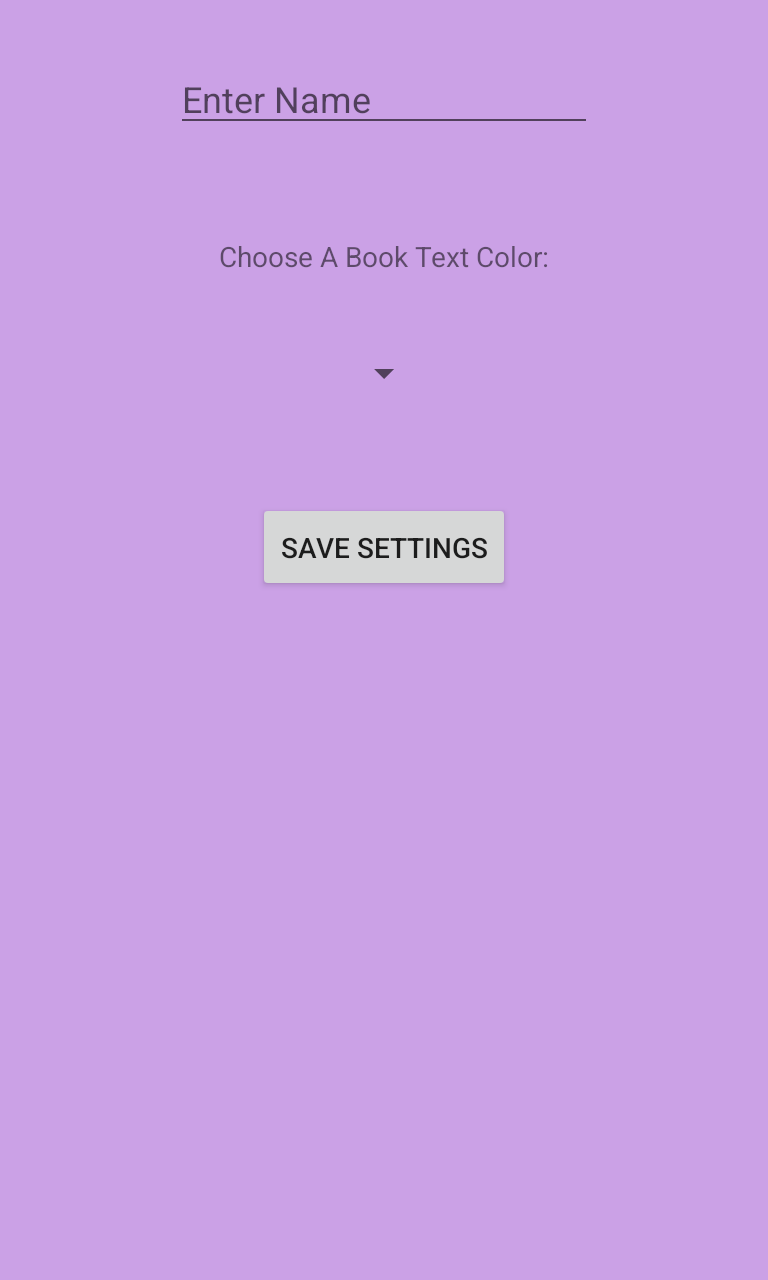
Repository: arianaantonio/MDF3_Antonio
Layout: Readable/res/layout/activity_main.xml
The author's editor kept a copy of each file at every save. The layout is drawn from the files as they stood at one save, then again after the next save.
It is drawn on a 768 x 1280 px phone screen (xhdpi) without system bars, with theme AppTheme; the app's code is not run. The app's manifest (not shown) leaves right-to-left support off. So textAlignment, textDirection and layoutDirection are ignored, and left and right values win over start and end ones.

Above is the layout before, as saved 2014-08-21 02:17:45.

### Readable/res/layout/activity_main.xml
<RelativeLayout xmlns:android="http://schemas.android.com/apk/res/android"
    xmlns:tools="http://schemas.android.com/tools"
    android:layout_width="match_parent"
    android:layout_height="match_parent"
    tools:context="${relativePackage}.${activityClass}"
    android:background="@color/lavender" >

    <Button
        android:id="@+id/button1"
        android:layout_width="wrap_content"
        android:layout_height="wrap_content"
        android:layout_below="@+id/spinner1"
        android:layout_centerHorizontal="true"
        android:layout_marginTop="51dp"
        android:text="@string/button" />

    <EditText
        android:id="@+id/editText1"
        android:layout_width="wrap_content"
        android:layout_height="wrap_content"
        android:layout_alignParentTop="true"
        android:layout_centerHorizontal="true"
        android:layout_marginTop="27dp"
        android:ems="10"
        android:hint="@string/name" />

    <TextView
        android:id="@+id/textView2"
        android:layout_width="wrap_content"
        android:layout_height="wrap_content"
        android:layout_below="@+id/editText1"
        android:layout_centerHorizontal="true"
        android:layout_marginTop="50dp"
        android:text="@string/backgroundColor" />

    <Spinner
        android:id="@+id/spinner1"
        android:layout_width="wrap_content"
        android:layout_height="wrap_content"
        android:layout_below="@+id/textView2"
        android:layout_centerHorizontal="true"
        android:layout_marginTop="37dp"
        android:gravity="center"
        android:textAlignment="center" />

</RelativeLayout>

### Readable/res/values/strings.xml
<?xml version="1.0" encoding="utf-8"?>
<resources>

    <string name="app_name">Readable</string>
    <string name="username">Enter Your Name:</string>
    <string name="nextBook">Next Book:</string>
    <color name="lavender">#cba1e6</color>
    <string name="backgroundColor">Choose A Book Text Color:</string>
    <string name="button">Save Settings</string>
    <dimen name="widget_margin">8dp</dimen>
    <string name="widget_button">Book Details On Amazon</string>
    <string name="detailactivity">Book Details</string>
    <color name="black">#000000</color>
    <string name="name">Enter Name</string>

</resources>

Loaded but not shown: Readable/res/values/styles.xml (common file); Readable/res/values-v11/styles.xml (common file); Readable/res/values-v14/styles.xml (common file)

After the next save:
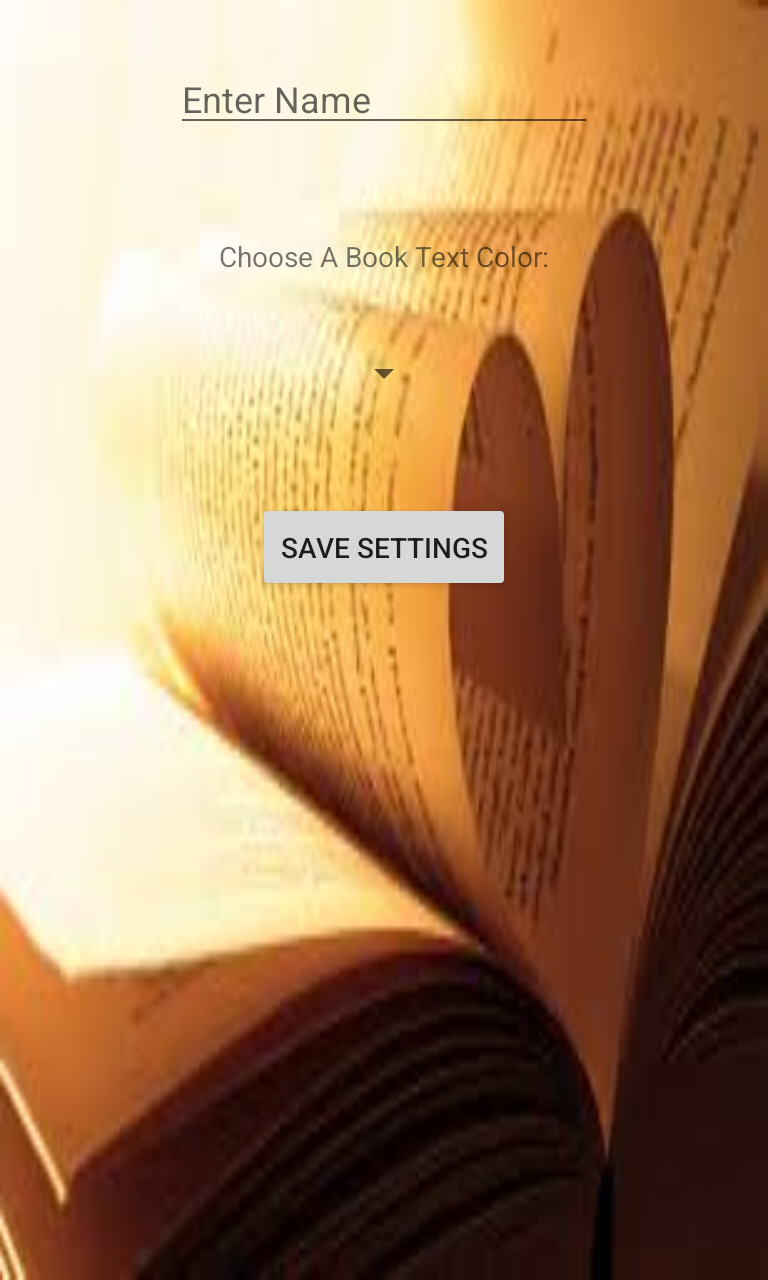
Saved 7 min 57 s later.
--- a/Readable/res/layout/activity_main.xml
+++ b/Readable/res/layout/activity_main.xml
@@ -3,7 +3,7 @@
     android:layout_width="match_parent"
     android:layout_height="match_parent"
     tools:context="${relativePackage}.${activityClass}"
-    android:background="@color/lavender" >
+    android:background="@drawable/images1" >
 
     <Button
         android:id="@+id/button1"
